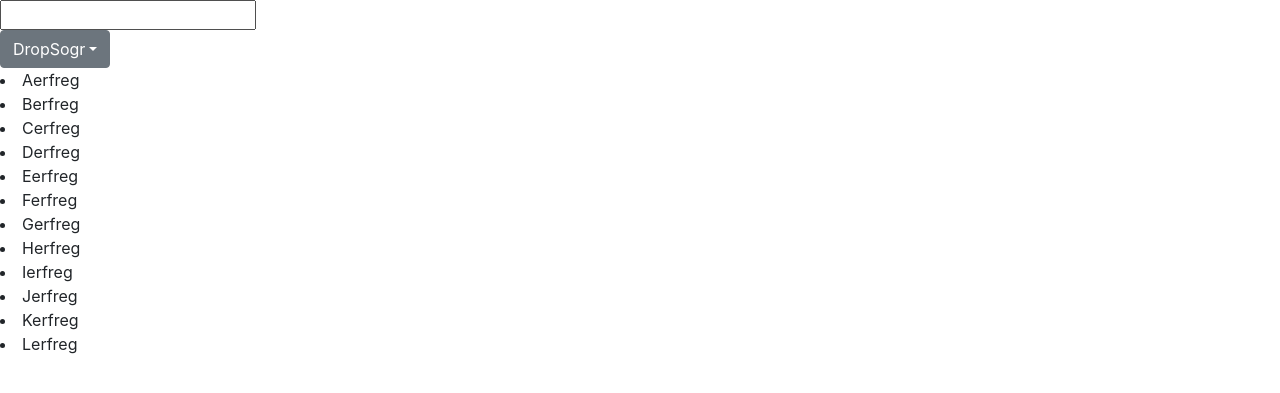
Repository: striver-69/courses
Page: /
An editor plug-in stored every save of this project. The page is shown before and after the next save, followed by the edit.
The browser window is 1280 px wide. The pictures show the whole page.
The project was rebuilt for these pictures with package versions that can differ from the ones it lists, and the page was loaded fresh each time.

Above is the page before, as saved 2021-04-08 05:52:44.

### src/App.js
import React, { Component } from 'react'
import Dropdown from './Dropdown'

export class App extends Component {
  render() {
    return (
      <div>
        <Dropdown/>
      </div>
    )
  }
}

export default App

### src/Dropdown.js
import React, { Component } from 'react'

let courses=[
  {id:1,name:'Aerfreg'},{id:2,name:'Berfreg'},{id:3,name:'Cerfreg'},{id:4,name:'Derfreg'},{id:5,name:'Eerfreg'},{id:6,name:'Ferfreg'},{id:7,name:'Gerfreg'},{id:8,name:'Herfreg'},{id:9,name:'Ierfreg'},{id:10,name:'Jerfreg'},{id:11,name:'Kerfreg'},{id:12,name:'Lerfreg'},
]

export class Dropdown extends Component {
  constructor(props)
  {
    super(props)
    this.state={count:10,courses:[],search:''}
  }

  componentDidMount(){
    this.setState({
      courses:courses
    })
  }
  render() {
    let filteredCourses=this.state.courses.filter((course)=>{
      return course.name.toLowerCase().indexOf(this.state.search.toLowerCase()) !==-1
    })
    return (
      <div>
        <input type="text" value={this.state.search} onChange={(e)=>this.setState({search:e.target.value})}/>
        <div className="dropdown">
          <button className="btn btn-secondary dropdown-toggle">DropSogr</button>
          {
          filteredCourses.map((course)=>{
            return <li key={course.id}>{course.name}</li>
          })
        }
        </div>
      </div>
    )
  }
}

export default Dropdown

Loaded but not shown: public/index.html (common file); src/index.js (common file); src/index.css (common file); src/reportWebVitals.js (common file)

After the next save:
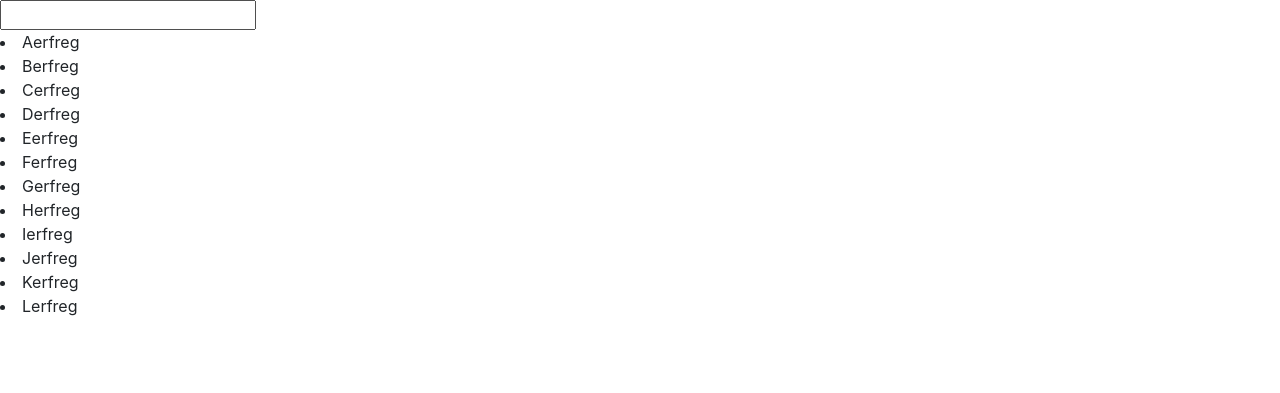
Saved 48 s later.
--- a/src/Dropdown.js
+++ b/src/Dropdown.js
@@ -20,17 +20,15 @@ export class Dropdown extends Component {
     let filteredCourses=this.state.courses.filter((course)=>{
       return course.name.toLowerCase().indexOf(this.state.search.toLowerCase()) !==-1
     })
+    console.log(filteredCourses)
     return (
       <div>
         <input type="text" value={this.state.search} onChange={(e)=>this.setState({search:e.target.value})}/>
-        <div className="dropdown">
-          <button className="btn btn-secondary dropdown-toggle">DropSogr</button>
-          {
+        {
           filteredCourses.map((course)=>{
             return <li key={course.id}>{course.name}</li>
           })
         }
-        </div>
       </div>
     )
   }
